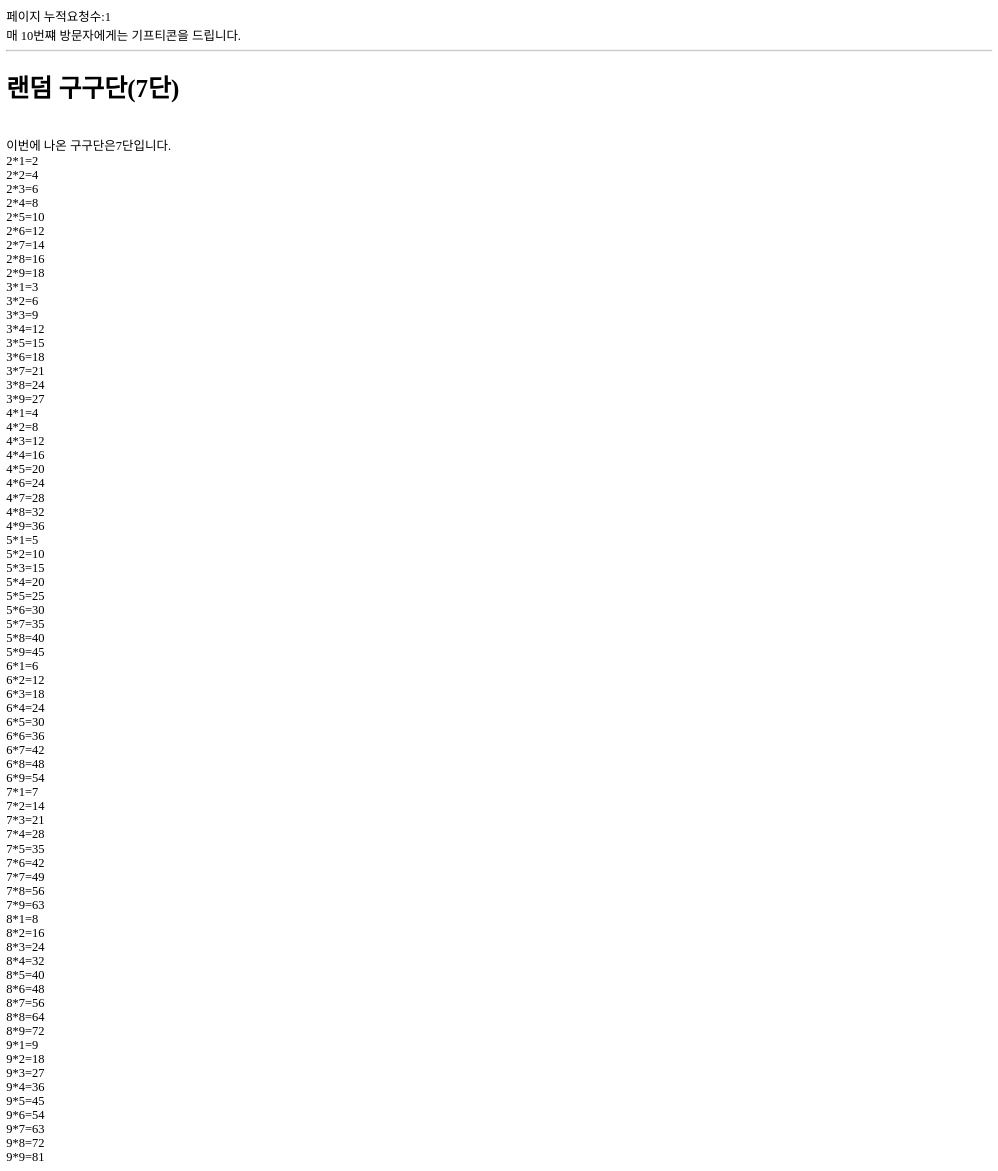
Repository: djdh94/jsp_practice
Page: http://localhost/JSPBasic/Test/test.jsp
These files come from the project's save history. The page is drawn as it stood at one moment and after the next save; the edit follows.
The browser window is 1280 px wide. The pictures show the whole page, at 78% of full size.
The page is served by Tomcat 9. Other server files are loaded and not shown.

Above is the page before, as saved 2022-02-01 05:37:54.

### JSPBasic/src/main/webapp/Test/test.jsp
<%@ page language="java" contentType="text/html; charset=UTF-8"
    pageEncoding="UTF-8"%>
<!DOCTYPE html>
<html>
<head>
<meta charset="UTF-8">
<title>Insert title here</title>
</head>
<body>

	<%!

	public int total=0;
	%>

	<%
	out.println("페이지 누적요청수:"+(++total)+"<br/>");
	out.println("매 10번쨰 방문자에게는 기프티콘을 드립니다."+"<br/>");
	if(total==10){
		  out.println("당첨되셨습니다.");
		}
	out.println("<hr/>");
	int num=(int)(Math.random()*9)+1;
	out.println("<h1>"+"랜덤 구구단("+num+"단)"+"</h1>"+"<br/>");
	out.println("이번에 나온 구구단은"+num+"단입니다."+"<br/>");


	for(int dan=2; dan<10; dan++){
		for(int i=1; i<10; i++){
	out.println(dan+"*"+i+"="+dan*i+"<br/>");
		}
	}

	%>
</body>
</html>

After the next save:
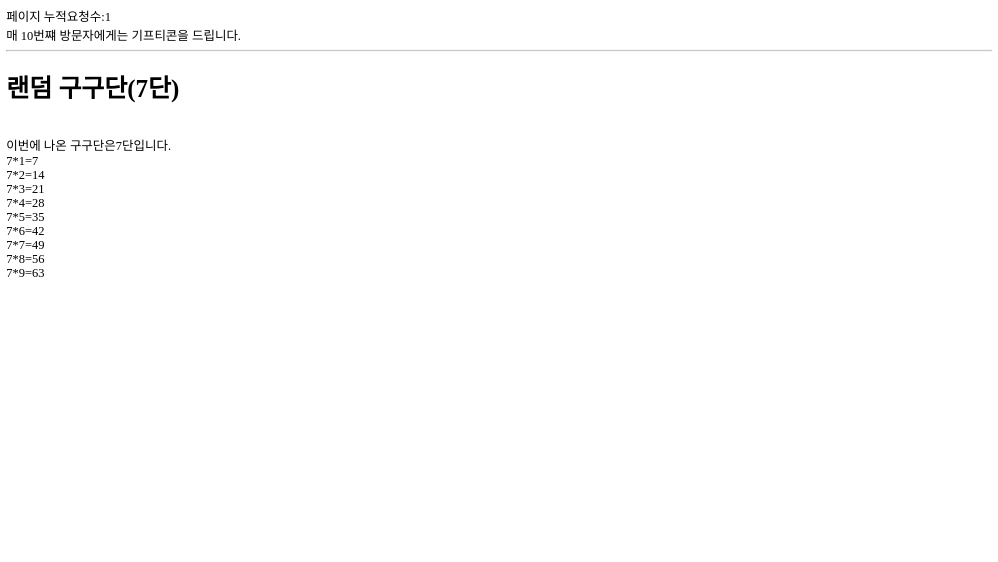
Saved 3 min 18 s later.
--- a/JSPBasic/src/main/webapp/Test/test.jsp
+++ b/JSPBasic/src/main/webapp/Test/test.jsp
@@ -25,10 +25,8 @@
 	out.println("이번에 나온 구구단은"+num+"단입니다."+"<br/>");
 
 
-	for(int dan=2; dan<10; dan++){
-		for(int i=1; i<10; i++){
-	out.println(dan+"*"+i+"="+dan*i+"<br/>");
-		}
+	for(int i=1; i<10; i++){
+		out.println(num+"*"+i+"="+num*i+"<br/>");
 	}
 
 	%>
